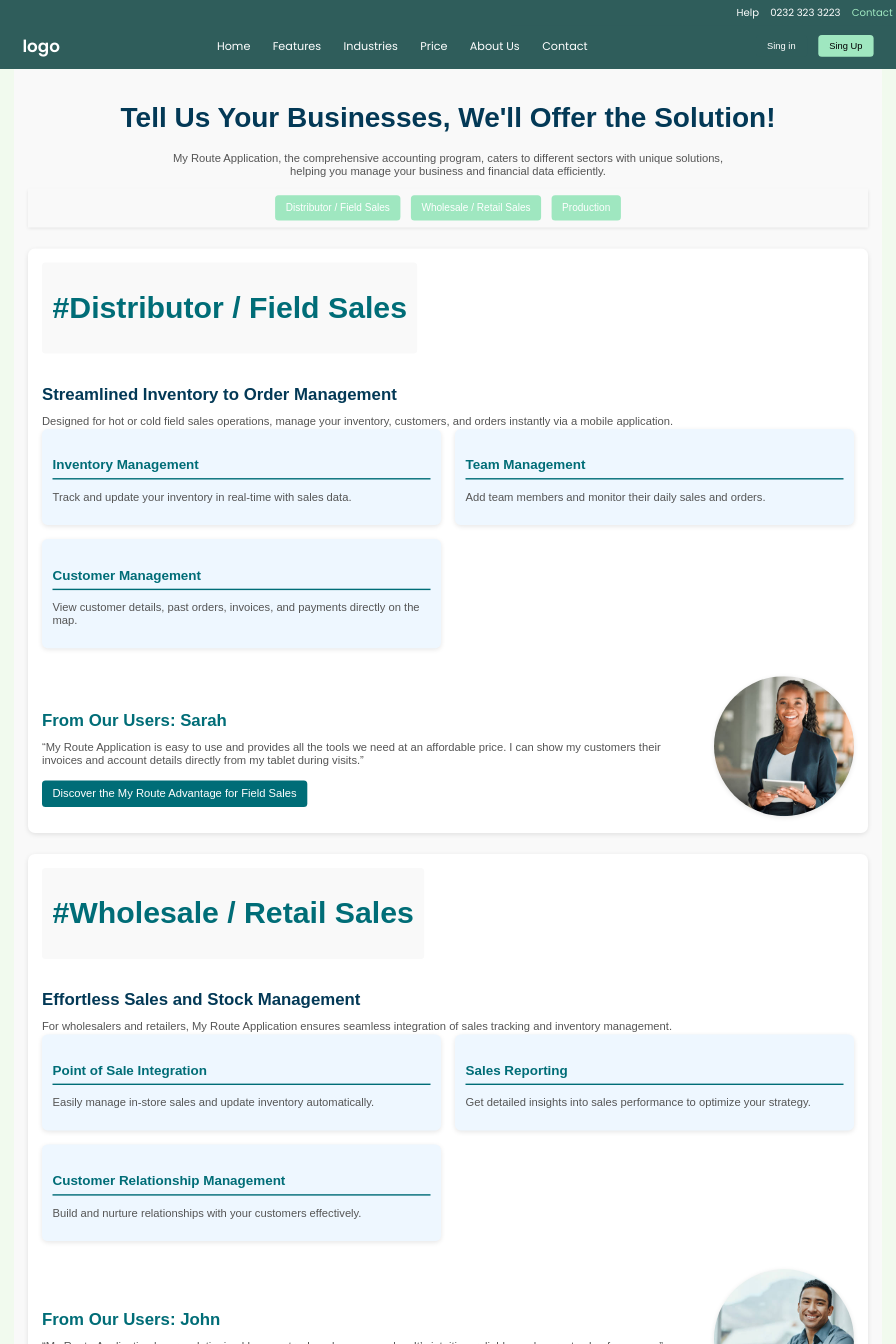
Repository: senolinanyasar/myrouteapplication
Page: /industries
The author's editor kept a copy of each file at every save. The page is drawn from the files as they stood at one save, then again after the next save.
The browser window is 1280 px wide. The pictures show the part of the page from y = 0 to 1920 px (the page is 3406 px tall), at 70% of full size.
The project was rebuilt for these pictures with package versions that can differ from the ones it lists, and the page was loaded fresh each time. Also part of the build but not shown: vite.config.js, src/components/HeroSection.css, src/components/HeroSection.js, src/components/FeaturesSection.css, src/components/FeaturesSection.js, src/components/PricingSection.css, src/components/PricingSection.js, src/components/SupportSection.css and 6 more.

Above is the page before, as saved 2024-11-17 23:08:13.

### src/index.css
@import url('https://fonts.googleapis.com/css2?family=Poppins:wght@400;600&display=swap');

body {
  font-family: 'Poppins', sans-serif;
  color: #264653;
  background-color: #f1faee;
  margin: 0;
  padding: 0;
  box-sizing: border-box;
}

code {
  font-family: source-code-pro, Menlo, Monaco, Consolas, 'Courier New',
    monospace;
}

### src/App.js
import React from 'react';
import { BrowserRouter as Router, Route, Routes } from 'react-router-dom';
import Header from './components/Header';
import HomePage from './components/HomePage';
import PricingPage from './components/PricingPage';
import TopBar from './components/TopBar';
import Footer from './components/Footer';
import IndustriesPage from './components/IndustriesPage';


function App() {
  return (
    <Router>
      <TopBar/>
      <Header />
      <Routes>
        <Route path='/' element={<HomePage />} />
        <Route path='/pricing' element={<PricingPage />} />
        <Route path='/industries' element={<IndustriesPage />} />
      </Routes>
      <Footer/>
    </Router>

  );
}

export default App;

### src/components/Header.js
// Header.js
import React from 'react';
import './Header.css';
import { Link } from 'react-router-dom';

const Header = () => {
    return (
        <header className="header">
            <div className="header-logo">logo</div>
            <nav className="header-nav">

                    <Link to="/">Home</Link>
                    <Link to="/features">Features</Link>
                    <Link to="/industries">Industries</Link>
                    <Link to="/pricing">Price</Link>
                    <Link to="/aboutus">About Us</Link>
                    <Link to="/contact">Contact</Link>



            </nav>
            <div className="header-buttons">
                <button className="login-button">Sing in</button>
                <button className="register-button">Sing Up</button>
            </div>
        </header>
    );
};


export default Header;

### src/components/TopBar.js
// TopBar.js
import React from 'react';
import './TopBar.css';

const TopBar = () => {
    return (
        <div className="top-bar">
            <div className="top-bar-content">
                <span>Help</span>
                <span>0232 323 3223</span>
                <a href="#contact">Contact</a>
            </div>
        </div>
    );
};

export default TopBar;

### src/components/Footer.js
// Footer.js

import React from 'react';
import './Footer.css';
import { FaFacebook, FaInstagram, FaLinkedin, FaTwitter, FaYoutube } from 'react-icons/fa';

const Footer = () => {
    return (
        <footer className="footer">
            <div className='footer-content'>
                <div className='footer-left'>
                    <div className='footer-logo'>
                        <h2>My Route Application</h2>
                    </div>
                    <p>Kazımdirik Mahallesi, Üniversite <br />Caddesi Ağaçlı Yol No: 37-39, <br />35100 Bornova/İzmir</p>
                    <div className='social-icons'>
                        <FaFacebook />
                        <FaTwitter />
                        <FaInstagram />
                        <FaLinkedin />
                        <FaYoutube />
                    </div>
                </div>

                <div className="footer-right">
                <br/><br/><br/><br/>
                    <div className='footer-section'>
                        <h4>Features</h4>
                        <ul>
                            <li>Location-Based Customer Search</li>
                            <li>Customer Management</li>
                            <li>Customer Tracking</li>
                            <li>Sales Tracking</li>
                            <li>Basic Accounting</li>
                            <li>Inventory Tracking</li>
                            <li>Reporting</li>
                        </ul>
                    </div>

                    <div className="footer-section">
                        <h4>Privileges</h4>
                        <ul>
                            <li>Industries</li>
                            <li>Pricing</li>
                            <li>Support</li>
                        </ul>
                    </div>

                    <div className="footer-section">
                        <h4>About Us</h4>
                        <ul>
                            <li>Privacy Policy</li>
                            <li>KVKK Disclosure Text</li>
                        </ul>
                    </div>
                </div>
            </div>

            <div className="footer-bottom">
                <p>&copy; 2024 My Route Application. All rights reserved.</p>
            </div>
        </footer>
    );
};

export default Footer;

### src/components/IndustriesPage.js
import React from "react";
import './IndustriesPage.css';
import distributorImage from '../images/distributor.jpg';
import wholesaleImage from '../images/wholesale.jpg';
import productionImage from '../images/production.jpg';

const industries = [
    {
        id: 'distributor',
        title: 'Distributor / Field Sales',
        header: 'Streamlined Inventory to Order Management',
        description:
            'Designed for hot or cold field sales operations, manage your inventory, customers, and orders instantly via a mobile application.',
        features: [
            {
                title: 'Inventory Management',
                description: 'Track and update your inventory in real-time with sales data.',
            },
            {
                title: 'Team Management',
                description: 'Add team members and monitor their daily sales and orders.',
            },
            {
                title: 'Customer Management',
                description:
                    'View customer details, past orders, invoices, and payments directly on the map.',
            },
        ],
        testimonial: {
            name: 'From Our Users: Sarah',
            feedback:
                '“My Route Application is easy to use and provides all the tools we need at an affordable price. I can show my customers their invoices and account details directly from my tablet during visits.”',
            button: 'Discover the My Route Advantage for Field Sales',
            image: distributorImage,
        },
    },
    {
        id: 'wholesale',
        title: 'Wholesale / Retail Sales',
        header: 'Effortless Sales and Stock Management',
        description:
            'For wholesalers and retailers, My Route Application ensures seamless integration of sales tracking and inventory management.',
        features: [
            {
                title: 'Point of Sale Integration',
                description: 'Easily manage in-store sales and update inventory automatically.',
            },
            {
                title: 'Sales Reporting',
                description:
                    'Get detailed insights into sales performance to optimize your strategy.',
            },
            {
                title: 'Customer Relationship Management',
                description: 'Build and nurture relationships with your customers effectively.',
            },
        ],
        testimonial: {
            name: 'From Our Users: John',
            feedback:
                '“My Route Application has revolutionized how we track and manage sales. It’s intuitive, reliable, and a great value for money.”',
            button: 'Discover the My Route Advantage for Retail',
            image: wholesaleImage,
        },
    },
    {
        id: 'production',
        title: 'Production',
        header: 'From Materials to Final Products',
        description:
            'Manage every stage of your production process efficiently, from raw materials to finished goods.',
        features: [
            {
                title: 'Raw Material Tracking',
                description:
                    'Track and manage your raw materials inventory to avoid shortages.',
            },
            {
                title: 'Production Scheduling',
                description: 'Plan and execute production schedules with precision.',
            },
            {
                title: 'Cost Analysis',
                description:
                    'Analyze production costs to optimize your budget and increase profitability.',
            },
        ],
        testimonial: {
            name: 'From Our Users: Linda',
            feedback:
                '“With My Route Application, managing our production pipeline has become so much easier. We can now track every stage of the process in real-time.”',
            button: 'Discover the My Route Advantage for Production',
            image: productionImage,
        },
    },
];

const IndustriesPage = () => {
    return (
        <div className="industries-page">
            <div className="industries-header">
                <h1>Tell Us Your Businesses, We'll Offer the Solution!</h1>
                <p>My Route Application, the comprehensive accounting program, caters to different sectors with unique
                    solutions, helping you manage your business and financial data efficiently.</p>
                <div className="industries-buttons">
                    {industries.map((industry) => (
                        <button
                            key={industry.id}
                            className="industry-button"
                            onClick={() => document.getElementById(industry.id).scrollIntoView({ behavior: 'smooth' })}
                        >
                            {industry.title}
                        </button>
                    ))}
                </div>
            </div>
            {industries.map((industry) => (
                <section key={industry.id} id={industry.id} className="industry-section">
                    <div className="industry-title-box">
                        <h2>#{industry.title}</h2>
                    </div>
                    <h3 className="industry-header">{industry.header}</h3>
                    <p className="industry-description">{industry.description}</p>
                    <div className="industry-features">
                        {industry.features.map((feature, index) => (
                            <div key={index} className="industry-feature">
                                <h4>{feature.title}</h4>
                                <div className="feature-divider"></div>
                                <p>{feature.description}</p>
                            </div>
                        ))}
                    </div>
                    <div className="industry-testimonial">
                        <div className="testimonial-text">
                            <h4>{industry.testimonial.name}</h4>
                            <p>{industry.testimonial.feedback}</p>
                            <button className="testimonial-button">{industry.testimonial.button}</button>
                        </div>
                        <div className="testimonial-image">
                            <img src={industry.testimonial.image} alt={industry.testimonial.name} />
                        </div>
                    </div>
                </section>
            ))}
        </div>
    );
};


export default IndustriesPage;

### src/components/Header.css
/* Header.css */
.header{
    display: flex;
    justify-content: space-between;
    align-items: center;
    padding: 1rem 2rem;
    background-color: #2f5d5b;
    color: white;
    margin-top: 2rem;
    position: sticky;
    top: 2rem;
    z-index: 999;
}


.header-logo {
    font-size: 1.5rem;
    font-weight: bold;
}
.header-nav a{
    margin: 0 1rem;
    color: white;
    text-decoration: none;
}
.header-nav a:hover {
    color: #e9c46a;
  }

.header-buttons button{
    margin-left: 1rem;
    padding: 0.5rem 1rem;
    border: none;
    border-radius: 5px;
}

.login-button{
    background-color: #2f5d5b;
    color: white;
}

.register-button{
    background-color: #9fe7c0;
    color: black;
}

### src/components/TopBar.css
/* TopBar.css */

.top-bar {
    background-color: #2f5d5b;
    color: white;
    padding: 0.5rem;
    font-size: 0.9rem;
    display: flex;
    justify-content: center;
    position: fixed;
    top: 0;
    width: 99%;
    z-index: 1000;
}
.top-bar-content {
    display: flex;
    gap: 1rem;
    align-items: center;
    justify-content: flex-end;
    width: 100%;
}

.top-bar-content span{
    color: #ffffff;
}
.top-bar-content a{
    color: #9fe7c0;
    text-decoration: none;
    transition: color 0.3s;
}

.top-bar-content a:hover{
    color: #c3f2d0;
}

### src/components/Footer.css
/* Footer.css */

.footer {
    background-color: #264653;
    color: #ffffff;
    padding: 3rem 2rem;
}
.footer-content{
    display: flex;
    max-width: 1200px;
    justify-content: space-around;
    margin: 0 auto;
}

.footerleft{
    flex: 1;
    max-width: 300px;
}

.footer-logo h2{
    font-size: 1.5rem;
    color: #ffffff;
    margin-bottom: 2rem;
}


.footer-left p{
    color: #c3c3c3;
    font-size: 0.9rem;
    margin-bottom: 2.5rem;
}

.social-icons{
    display: flex;
    gap: 1rem;
    font-size: 1.2rem;
}


.social-icons svg{
    color: #9fe7c0;
    cursor: pointer;
    transition: color 0.3s ease;
}
.social-icons svg:hover {
    color: #c3f2d0;
}

.footer-right{
    display: flex;
    gap: 3rem;
    flex: 2;
    margin-left: 5rem;
}

.footer-section{
    text-align: left;
}
.footer-section h4{
    font-size: 1.2rem;
    color: #9fe7c0;
    margin-bottom: 1rem;
}
.footer-section ul{
    list-style: none;
    padding: 0;
    margin: 0;

}

.footer-section ul li{
    font-size: 0.9rem;
    margin-bottom: 0.5rem;
    color: #c3c3c3;
    cursor: pointer;
    transition: color 0.3s ease;
}

.footer-sectionul li:hover{
    color: #ffffff;
}

.footer-bottom{
    text-align: center;
    font-size: 0.8rem;
    color: #c3c3c3;
    margin-top: 2rem;
}

### src/components/IndustriesPage.css
/* IndustriesPage.css */

.industries-page {
    font-family: 'Arial', sans-serif;
    padding: 20px;
    max-width: 1200px;
    background-color: #f9f9f9;
    margin: 0 auto;
}

.industries-header {
    text-align: center;
    margin-bottom: 30px;
}

.industries-header h1 {
    font-size: 2.5rem;
    color: #033956;
}

.industries-header p {
    font-size: 1rem;
    color: #555;
    margin: 15px auto;
    max-width: 800px;
}

.industries-buttons {
    display: flex;
    justify-content: center;
    gap: 15px;
    position: sticky;
    top: 0;
    z-index: 10;
    background-color: #f9f9f9;
    padding: 10px 0;
    box-shadow: 0 2px 5px rgba(0, 0, 0, 0.1);
}

.industry-button {
    padding: 10px 15px;
    border: none;
    border-radius: 5px;
    background-color: #9fe7c0;
    color: #fff;
    cursor: pointer;
    font-size: 0.9rem;

}

.industry-button:hover {
    background-color: #005259;
}

.industry-section {
    padding: 20px;
    margin: 30px 0;
    background: white;
    border-radius: 10px;
    box-shadow: 0 2px 8px rgba(0, 0, 0, 0.1);
}

.industry-title-box {
    font-size: 1.8rem;
    background-color: #f9f9f9;
    color: #006d77;
    padding: 5px 15px;
    display: inline-block;
    border-radius: 5px;
    margin-bottom: 20px;
}

.industry-header {
    font-size: 1.5rem;
    margin-bottom: 10px;
    color: #033956;
    font-weight: bold;
}

.industry-description {
    font-size: 1rem;
    margin-bottom: 1.30px;
    color: #555;
}

.industry-features {
    display: grid;
    grid-template-columns: 1fr 1fr;
    gap: 20px;
    margin-bottom: 40px;
}
.industry-feature {
    background-color: #eef7ff;
    padding: 15px;
    border-radius: 8px;
    box-shadow: 0 2px 8px rgba(0, 0, 0, 0.1);
}
.industry-feature h4 {
    font-size: 1.2rem;
    margin-bottom: 8px;
    color: #006d77;

}

.feature-divider {
    width: 100%;
    height: 2px;
    background-color: #006d77;
    margin-bottom: 10px;
}
.industry-feature p {
    font-size: 1rem;
    color: #555;
}

.industry-testimonial {
    display: flex;
    justify-content: space-between;
    align-items: center;
    gap: 20px;
}

.testimonial-text {
    flex: 1;
}

.testimonial-text h4 {
    font-size: 1.5rem;
    margin-bottom: 10px;
    color: #006d77;
    margin-bottom: 10px;
}

.testimonial-text p {
    margin-bottom: 20px;
    color: #555;
    font-size: 1rem;
}

.testimonial-button {
    padding: 10px 15px;
    border: none;
    background-color: #006d77;
    color: white;
    border-radius: 5px;
    cursor: pointer;
    font-size: 1rem;
    transition: background-color 0.3s ease;
}
.testimonial-button:hover {
    background-color: #005f87;
}
.testimonial-image img {
    width: 200px;
    height: 200px;
    object-fit: cover;
    border-radius: 50%;
    box-shadow: 0 2px 8px rgba(0, 0, 0, 0.1);
}
footer {
    margin-top: 40px;
}

Loaded but not shown: public/index.html (common file); src/index.js (common file); src/reportWebVitals.js (common file)

After the next save:
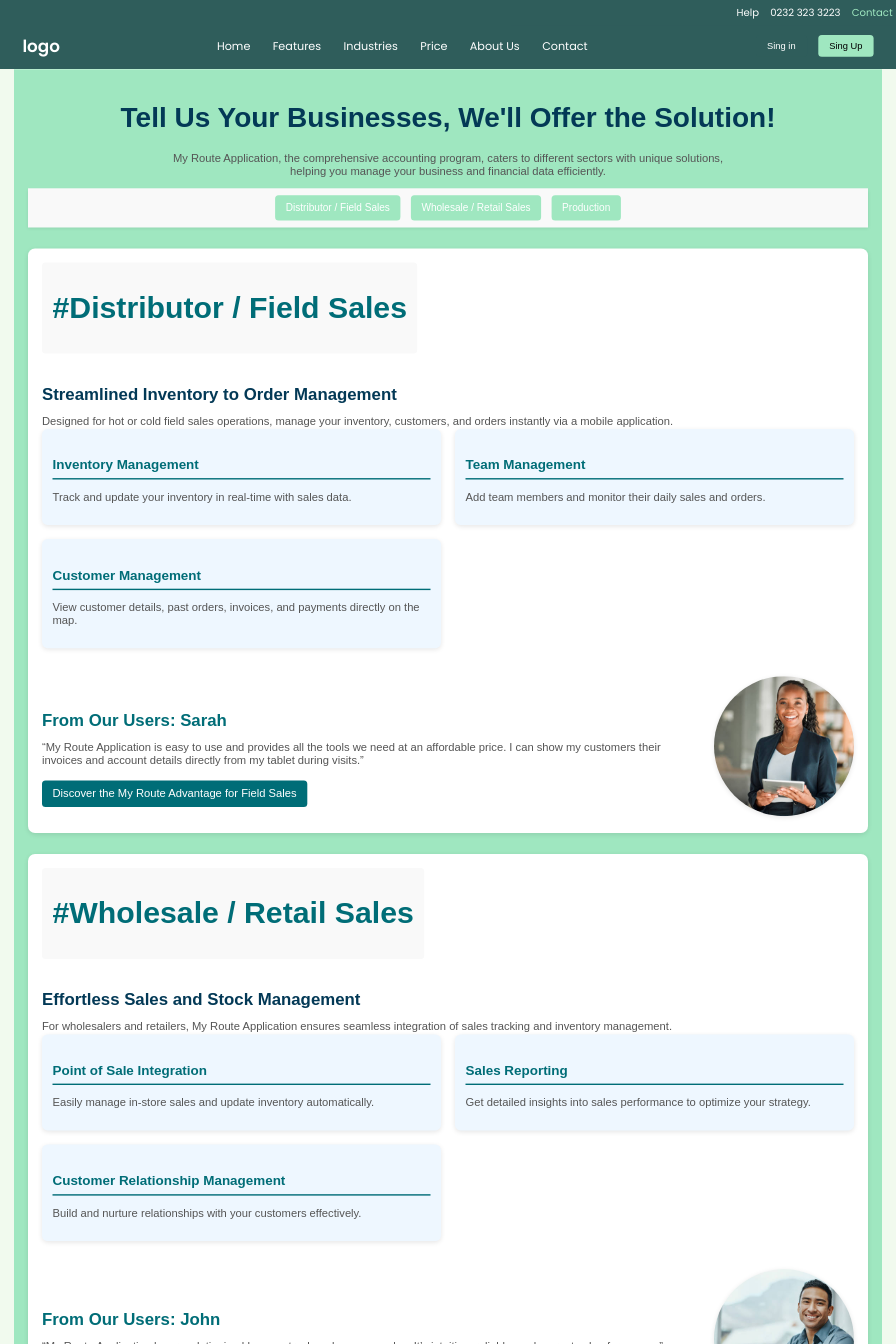
Saved 7 s later.
--- a/src/components/IndustriesPage.css
+++ b/src/components/IndustriesPage.css
@@ -4,7 +4,7 @@
     font-family: 'Arial', sans-serif;
     padding: 20px;
     max-width: 1200px;
-    background-color: #f9f9f9;
+    background-color: #9fe7c0;
     margin: 0 auto;
 }
 

After the save that followed:
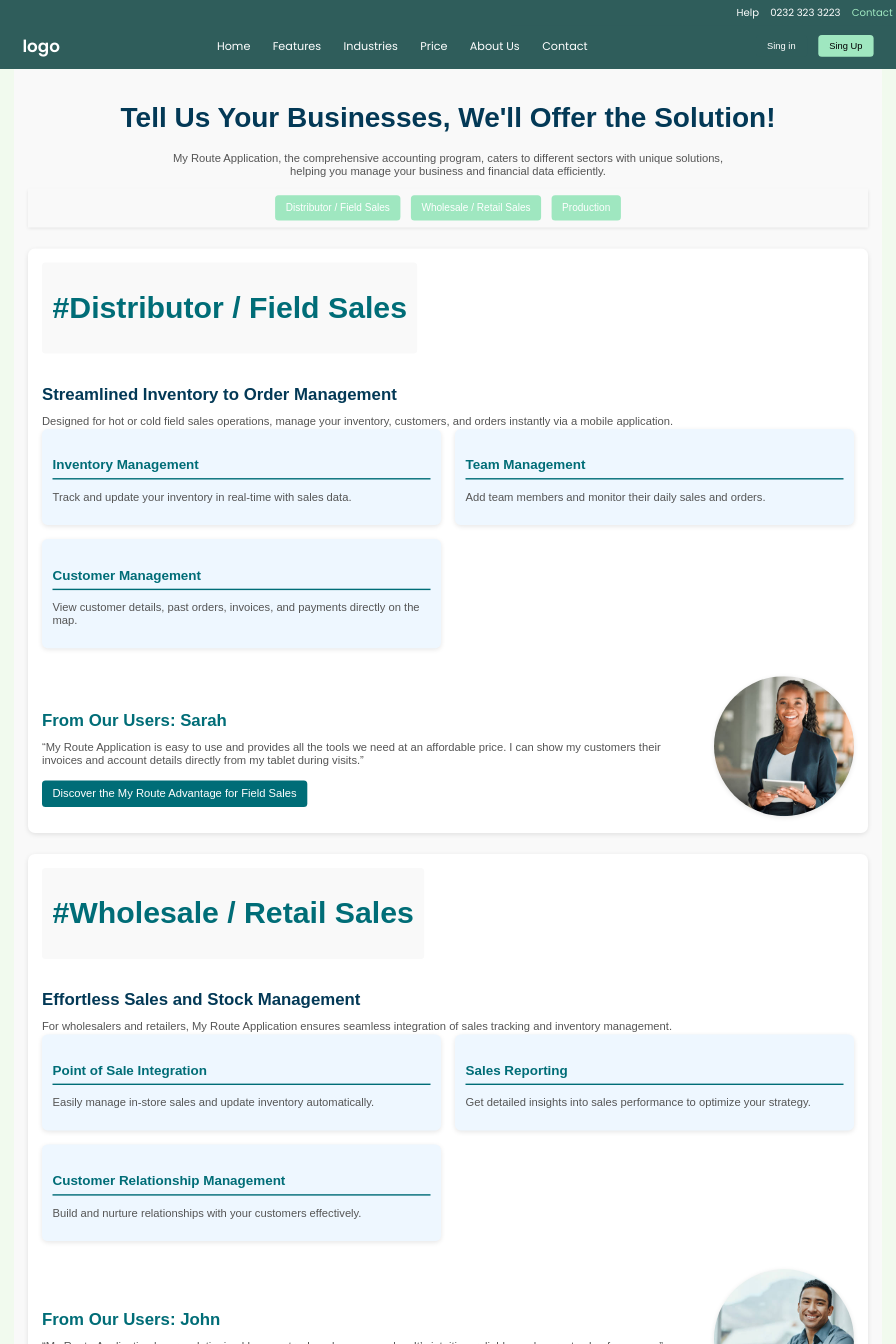
Saved 6 s later.
--- a/src/components/IndustriesPage.css
+++ b/src/components/IndustriesPage.css
@@ -4,7 +4,7 @@
     font-family: 'Arial', sans-serif;
     padding: 20px;
     max-width: 1200px;
-    background-color: #9fe7c0;
+    background-color: #f9f9f9;
     margin: 0 auto;
 }
 
